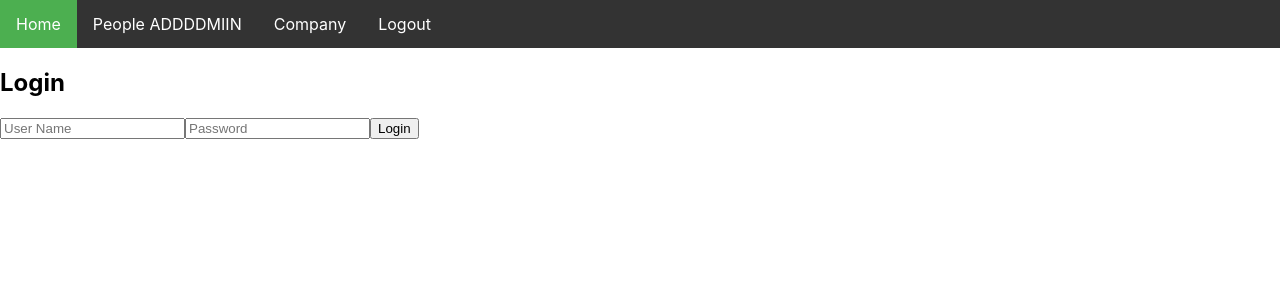
Repository: Vincent-CT/exambase-SPA
Page: /
The author's editor kept a copy of each file at every save. The page is drawn from the files as they stood at one save, then again after the next save.
The browser window is 1280 px wide. The pictures show the whole page.
The project was rebuilt for these pictures with package versions that can differ from the ones it lists, and the page was loaded fresh each time. Also part of the build but not shown: src/App.css.

Above is the page before, as saved 2019-11-14 15:03:44.

After the next save:
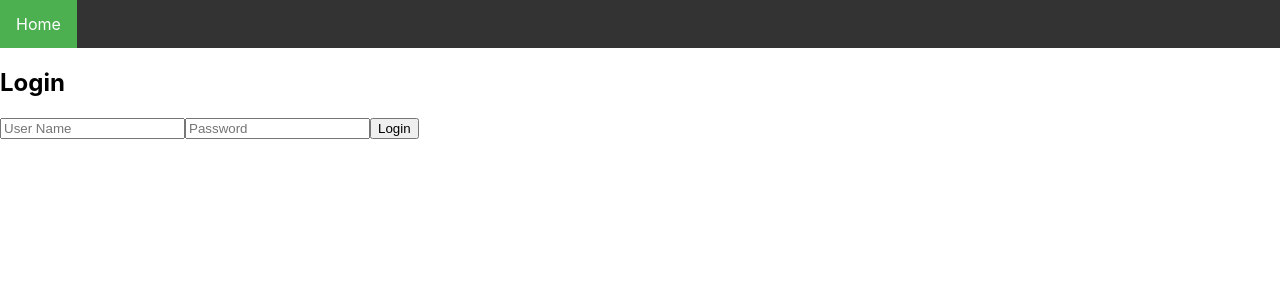
Saved 55 s later.
--- a/src/App.js
+++ b/src/App.js
@@ -24,10 +24,15 @@ function App() {
   };
 
   return (
-    <Router>
-      <Header />
-      <Content logout={logout} login={login} />
-    </Router>
+    <div>
+      {!loggedIn ? (
+        <LogIn login={login} />
+      ) : (
+        <div>
+          <LoggedIn logout={logout} />
+        </div>
+      )}
+    </div>
   );
 }
 
@@ -47,14 +52,23 @@ function LogIn({ login }) {
   };
 
   return (
-    <div>
-      <h2>Login</h2>
-      <form onChange={onChange}>
-        <input placeholder="User Name" id="username" />
-        <input placeholder="Password" id="password" />
-        <button onClick={performLogin}>Login</button>
-      </form>
-    </div>
+    <Router>
+      <ul className="header">
+        <li>
+          <NavLink exact activeClassName="active" to="/">
+            Home
+          </NavLink>
+        </li>
+      </ul>
+      <div>
+        <h2>Login</h2>
+        <form onChange={onChange}>
+          <input placeholder="User Name" id="username" />
+          <input placeholder="Password" id="password" />
+          <button onClick={performLogin}>Login</button>
+        </form>
+      </div>
+    </Router>
   );
 }
 
@@ -70,7 +84,7 @@ function LoggedIn({ logout }) {
 }
 
 const Header = () => {
-  if ("admin" === "admin") {
+  if (facade.getRole() === "admin") {
     return (
       <ul className="header">
         <li>
@@ -122,11 +136,11 @@ const Header = () => {
   );
 };
 
-const Content = ({ logout, login }) => {
+const Content = ({ logout }) => {
   return (
     <Switch>
       <Route exact path="/">
-        <LogIn login={login} />
+        <Home />
       </Route>
       <Route path="/people">
         <People />
